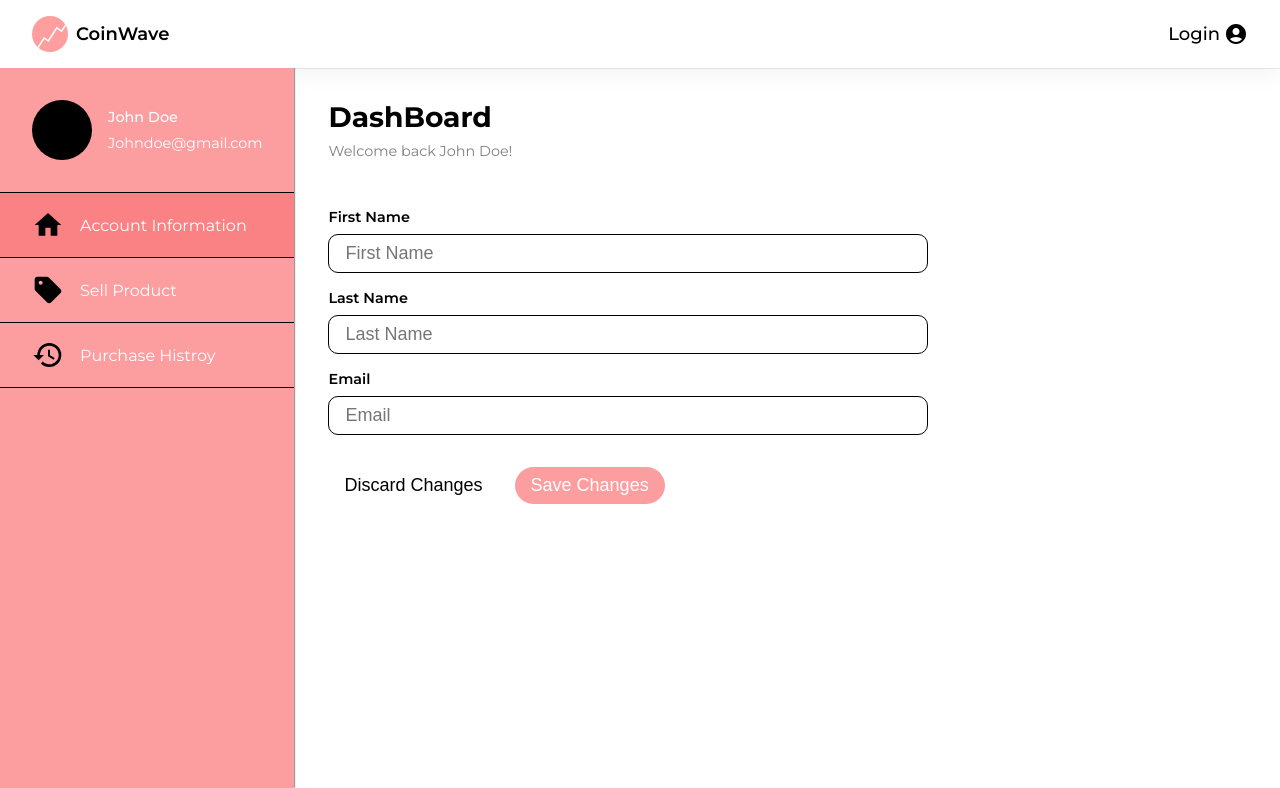
Repository: David-Waite/CoinWave
Page: /account
These files come from the project's save history. The page is drawn as it stood at one moment and after the next save; the edit follows.
The browser window is 1280 px wide. The pictures show the whole page.
The project was rebuilt for these pictures with package versions that can differ from the ones it lists, and the page was loaded fresh each time. The framework's server and built-in components were replaced by stand-ins that run in the browser. Also part of the build but not shown: next.config.js, app/components/account/SellProduct/SellProduct.js, app/components/account/PurchaseHistory/PurchaseHistory.js.

Above is the page before, as saved 2023-08-16 11:22:39.

### app/layout.js
import Nav from "./components/Nav/Nav";
import "./globals.css";
import { Montserrat } from "next/font/google";

const montserrat = Montserrat({ subsets: ["latin"] });

export const metadata = {
  title: "Coin Wave",
  description: "Generated by create next app",
};

export default function RootLayout({ children }) {
  return (
    <html lang="en">
      <body className={montserrat.className}>
        <Nav />
        {children}
      </body>
    </html>
  );
}

### app/account/page.js
"use client";
import styles from "./account.module.css";
import { useState } from "react";
import AccountMenu from "../components/account/AccountMenu/AccountMenu";
import AccountInformation from "../components/account/AccountInfomation/AccountInfomation";
import SellProduct from "../components/account/SellProduct/SellProduct";
import PurchaseHistroy from "../components/account/PurchaseHistory/PurchaseHistory";

export default function Account() {
  const [selected, setSelected] = useState({
    accountInformation: true,
    sellProduct: false,
    purchaseHistroy: false,
  });

  function handleMenuSelect(select) {
    setSelected({
      accountInformation: select === "accountInformation",
      sellProduct: select === "sellProduct",
      purchaseHistroy: select === "purchaseHistroy",
    });
  }

  return (
    <div className={styles.main}>
      <AccountMenu selected={selected} onClick={handleMenuSelect} />

      <hr />
      <main>
        {selected.accountInformation && <AccountInformation />}
        {selected.sellProduct && <SellProduct />}
        {selected.purchaseHistroy && <PurchaseHistroy />}
      </main>
    </div>
  );
}

### app/components/Nav/Nav.js
import styles from "./nav.module.css";
import Link from "next/link";
import { MdAccountCircle } from "react-icons/md";
export default function Nav() {
  return (
    <nav className={styles.main}>
      <Link className={styles.homeLink} href="/">
        <svg
          width="36"
          height="36"
          viewBox="0 0 36 36"
          fill="none"
          xmlns="http://www.w3.org/2000/svg"
        >
          <circle cx="18" cy="18" r="18" fill="#FF9E9E" />
          <mask
            id="mask0_7_9"
            style={{ maskType: "alpha" }}
            maskUnits="userSpaceOnUse"
            x="0"
            y="0"
            width="36"
            height="36"
          >
            <path
              d="M36 18C36 27.9411 27.9411 36 18 36C8.05887 36 0 27.9411 0 18C0 8.05887 8.05887 0 18 0C27.9411 0 36 8.05887 36 18Z"
              fill="#FF9E9E"
            />
          </mask>
          <g mask="url(#mask0_7_9)">
            <path
              d="M2.13416 37.6684L12.0865 22.0755L16.3706 24.9865L24.7305 11.8885L29.6267 15.2153L36.3942 4.61218"
              stroke="white"
              stroke-width="1.5"
            />
          </g>
        </svg>
        CoinWave
      </Link>
      <Link className={styles.loginLink} href="/login">
        Login <MdAccountCircle size={24} />
      </Link>
    </nav>
  );
}

### app/globals.css
:root {
  --primary: #fc9d9f;
}

* {
  margin: 0;
  padding: 0;
}

### app/components/account/AccountMenu/AccountMenu.js
import styles from "./accountMenu.module.css";
import { MdHistory, MdHome, MdSell } from "react-icons/md";
export default function AccountMenu(props) {
  function handleClick(select) {
    props.onClick(select);
  }

  const selectedP = {
    backgroundColor: "#fa8284",
  };

  return (
    <div className={styles.container}>
      <div className={styles.infoOverView}>
        <div className={styles.photo}></div>
        <div className={styles.overViewTextContainer}>
          <p className={styles.fullNameOverView}>John Doe</p>
          <p className={styles.emailOverView}>Johndoe@gmail.com</p>
        </div>
      </div>

      <div
        onClick={() => handleClick("accountInformation")}
        className={styles.linkContainer}
        style={Object.assign(props.selected.accountInformation && selectedP)}
      >
        <MdHome className={styles.menuIcons} />
        <p>Account Information</p>
      </div>

      <div
        onClick={() => handleClick("sellProduct")}
        className={styles.linkContainer}
        style={Object.assign(props.selected.sellProduct && selectedP)}
      >
        <MdSell className={styles.menuIcons} />
        <p>Sell Product</p>
      </div>

      <div
        onClick={() => handleClick("purchaseHistroy")}
        className={`${styles.linkContainer} ${styles.linkContainerBottom}`}
        style={Object.assign(props.selected.purchaseHistroy && selectedP)}
      >
        <MdHistory className={styles.menuIcons} />
        <p>Purchase Histroy</p>
      </div>
    </div>
  );
}

### app/components/account/AccountInfomation/AccountInfomation.js
"use client";
import styles from "./accountInformation.module.css";
import { useState } from "react";
import { useRouter } from "next/navigation";
import { MdSecurityUpdate } from "react-icons/md";

export default function AccountInformation() {
  const [formData, setFormData] = useState({
    firstName: "",
    lastNameName: "",
    email: "",
  });

  const router = useRouter();

  function handleChange(event) {
    const { type, name, value, checked } = event.target;
    setFormData((prevFormData) => {
      return {
        ...prevFormData,
        [name]: type === "checkbox" ? checked : value,
      };
    });
  }

  function handleSubmit(event) {
    event.preventDefault();

    router.push("/account");
  }

  return (
    <main className={styles.main}>
      <form onSubmit={handleSubmit}>
        <h1 className={styles.title}>DashBoard</h1>
        <p className={styles.welcomeText}>Welcome back {"John Doe"}!</p>

        <div className={styles.form}>
          <div className={styles.nameContainer}></div>
          <div className={styles.inputContainer}>
            <label className={styles.firstNameLable} htmlFor="firstName">
              First Name
            </label>
            <input
              className={styles.firstName}
              type="text"
              placeholder="First Name"
              onChange={handleChange}
              name="firstName"
              value={formData.firstName}
            />
          </div>
          <div className={styles.inputContainer}>
            <label className={styles.lastNameLable} htmlFor="lastName">
              Last Name
            </label>
            <input
              className={styles.firstName}
              type="text"
              placeholder="Last Name"
              onChange={handleChange}
              name="lastName"
              value={formData.lastName}
            />
          </div>
          <div className={styles.inputContainer}>
            <label className={styles.emailLable} htmlFor="email">
              Email
            </label>
            <input
              className={styles.email}
              type="email"
              placeholder="Email"
              onChange={handleChange}
              name="email"
              value={formData.email}
            />
          </div>
        </div>
        <div className={styles.buttonContainer}>
          <button className={styles.discardChanges}>Discard Changes</button>
          <button className={styles.saveChanges}>Save Changes</button>
        </div>
      </form>
    </main>
  );
}

### app/components/Nav/nav.module.css
.main {
  display: flex;
  align-items: center;
  justify-content: space-between;
  padding: 16px 60px;
  box-shadow: rgba(0, 0, 0, 0.05) 0px 6px 24px 0px,
    rgba(0, 0, 0, 0.08) 0px 0px 0px 1px;
}

.homeLink {
  display: flex;
  align-items: center;
  gap: 8px;
  text-decoration: none;
  font-size: 18px;
  color: black;
  font-weight: 600;
}

.loginLink {
  display: flex;
  align-items: center;
  gap: 4px;
  font-size: 18px;
  text-decoration: none;
  color: black;
  font-weight: 500;
}

@media (max-width: 1600px) {
  .main {
    padding: 16px 32px;
  }
}
@media (max-width: 778px) {
  .main {
    padding: 16px;
  }
  .loginLink,
  .homeLink {
    font-size: 16px;
  }
}

### app/components/account/AccountMenu/accountMenu.module.css
.container {
  background-color: var(--primary);

  height: 100vh;
}

.infoOverView {
  display: flex;
  align-items: center;
  gap: 16px;

  padding: 32px;
}

.fullNameOverView {
  color: white;
  font-size: 14.4px;
  font-weight: 500;
}

.emailOverView {
  color: white;
  font-size: 14.4px;
}

.overViewTextContainer {
  display: flex;
  flex-direction: column;
  gap: 8px;
}

.linkContainer {
  padding: 16px 0;
  display: flex;
  align-items: center;
  gap: 16px;
  padding-left: 32px;
  border-top: 1px solid black;
  cursor: pointer;
}
.linkContainer:hover {
  background-color: #fa8284;
}

.menuIcons {
  font-size: 32px;
}

.linkContainerBottom {
  border-bottom: 1px solid black;
}

.linkContainer p {
  color: white;
}

.photo {
  width: 60px;
  height: 60px;
  background-color: black;
  border-radius: 50%;
}

### app/components/account/AccountInfomation/accountInformation.module.css
.main {
  padding: 32px;
  width: 600px;
}

.title {
  font-size: 28.13px;
}

.welcomeText {
  font-size: 14.4px;
  color: grey;
  margin-top: 8px;
}

.firstNameLable,
.lastNameLable,
.emailLable {
  font-size: 14.4px;
  font-weight: 600;
}

.firstName,
.lastName,
.email {
  border: 1px solid black;
  padding: 8px 16px;
  font-size: 18px;
  border-radius: 10px;
}

.form {
  padding: 32px 0;
  display: flex;
  flex-direction: column;
  gap: 16px;
}

.inputContainer {
  display: flex;
  flex-direction: column;
  gap: 8px;
}

.buttonContainer {
  display: flex;
  gap: 16px;
}
.discardChanges,
.saveChanges {
  cursor: pointer;
  border: none;
  padding: 8px 16px;
  border-radius: 50px;
  font-size: 18px;
}

.discardChanges {
  color: black;
  background-color: transparent;
}

.saveChanges {
  background-color: var(--primary);
  color: white;
}

Loaded but not shown: app/account/account.module.css (common file)

After the next save:
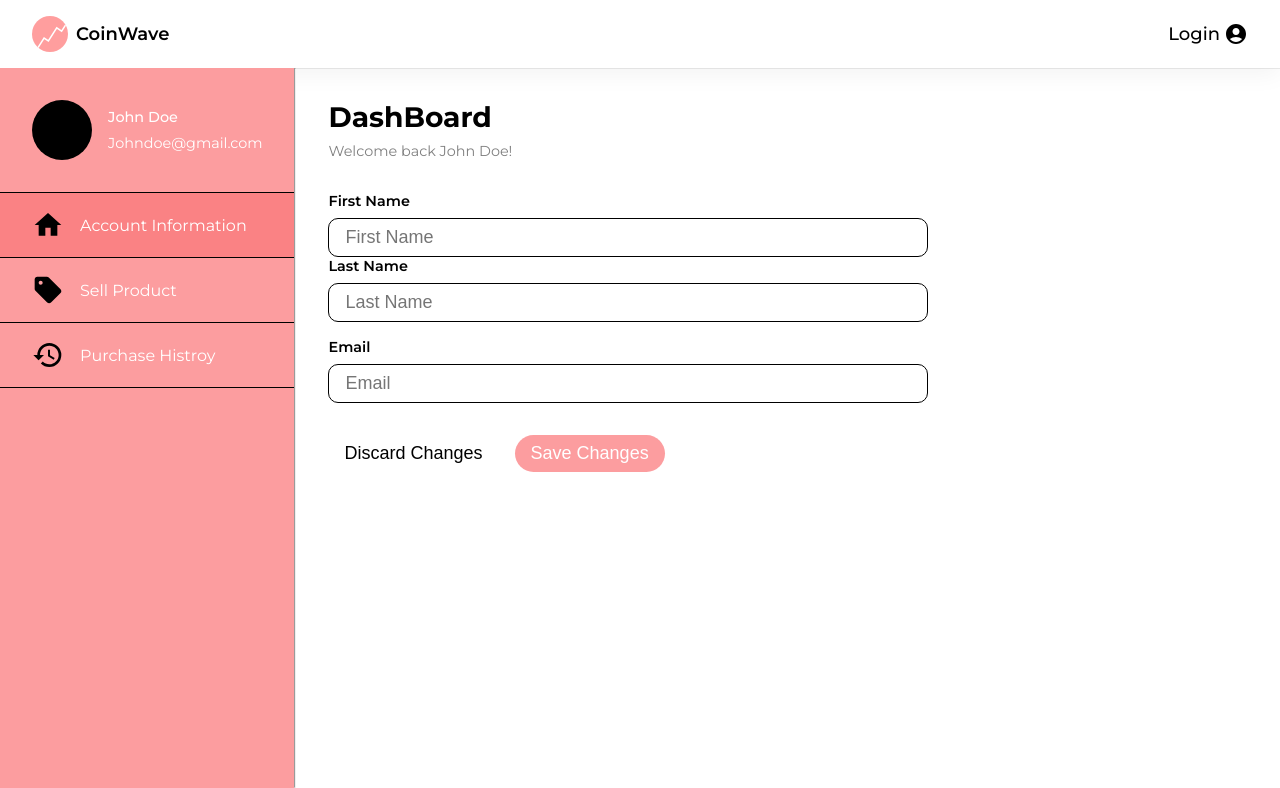
Saved 6 s later.
--- a/app/components/account/AccountInfomation/AccountInfomation.js
+++ b/app/components/account/AccountInfomation/AccountInfomation.js
@@ -36,33 +36,35 @@ export default function AccountInformation() {
         <p className={styles.welcomeText}>Welcome back {"John Doe"}!</p>
 
         <div className={styles.form}>
-          <div className={styles.nameContainer}></div>
-          <div className={styles.inputContainer}>
-            <label className={styles.firstNameLable} htmlFor="firstName">
-              First Name
-            </label>
-            <input
-              className={styles.firstName}
-              type="text"
-              placeholder="First Name"
-              onChange={handleChange}
-              name="firstName"
-              value={formData.firstName}
-            />
+          <div className={styles.nameContainer}>
+            <div className={styles.inputContainer}>
+              <label className={styles.firstNameLable} htmlFor="firstName">
+                First Name
+              </label>
+              <input
+                className={styles.firstName}
+                type="text"
+                placeholder="First Name"
+                onChange={handleChange}
+                name="firstName"
+                value={formData.firstName}
+              />
+            </div>
+            <div className={styles.inputContainer}>
+              <label className={styles.lastNameLable} htmlFor="lastName">
+                Last Name
+              </label>
+              <input
+                className={styles.firstName}
+                type="text"
+                placeholder="Last Name"
+                onChange={handleChange}
+                name="lastName"
+                value={formData.lastName}
+              />
+            </div>
           </div>
-          <div className={styles.inputContainer}>
-            <label className={styles.lastNameLable} htmlFor="lastName">
-              Last Name
-            </label>
-            <input
-              className={styles.firstName}
-              type="text"
-              placeholder="Last Name"
-              onChange={handleChange}
-              name="lastName"
-              value={formData.lastName}
-            />
-          </div>
+
           <div className={styles.inputContainer}>
             <label className={styles.emailLable} htmlFor="email">
               Email
